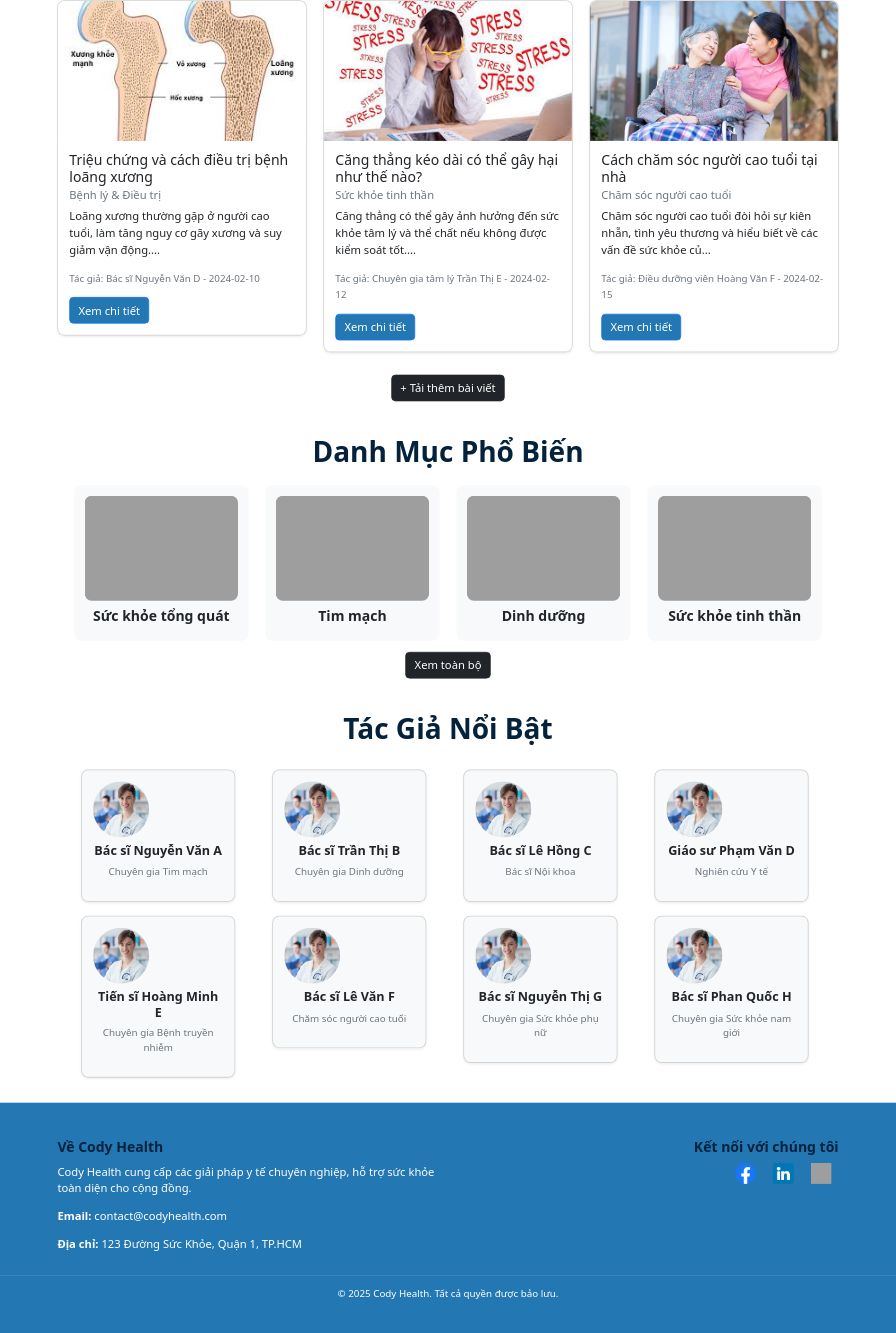
Repository: JonesKhaii/CodySocial
Page: tests/web-test/index.html
The author's editor kept a copy of each file at every save. The page is drawn from the files as they stood at one save, then again after the next save.
The browser window is 1280 px wide. The pictures show the part of the page from y = 936 to 2856 px (the page is 2840 px tall before and 2856 px after), at 70% of full size.
Pictures or frames that could not be fetched are drawn as grey boxes.

Above is the page before, as saved 2025-02-10 02:42:54.

### tests/web-test/index.html
<!DOCTYPE html>
<html lang="vi">
    <head>
        <title>Bài Viết Y Tế - Trang Chủ</title>
        <meta charset="UTF-8" />
        <meta name="author" content="Felipe E. Cassimiro" />
        <meta name="viewport" content="width=device-width, initial-scale=1.0" />
        <link
            href="https://cdn.jsdelivr.net/npm/bootstrap@5.2.3/dist/css/bootstrap.min.css"
            rel="stylesheet"
        />
        <link rel="stylesheet" href="asset/css/mystyle.css" />
        <script src="https://cdn.jsdelivr.net/npm/bootstrap@5.2.3/dist/js/bootstrap.bundle.min.js"></script>
        <script src="https://code.jquery.com/jquery-3.6.1.min.js"></script>
        <link rel="icon" href="Images/logo.png" />
    </head>

    <body>
        <header
            class="navbar navbar-expand-lg navbar-light bg-primary shadow-sm"
        >
            <div class="container">
                <!-- Logo và tên thương hiệu -->
                <div class="logo-container d-flex align-items-center">
                    <img
                        src="asset/images/logo.png"
                        alt="Logo"
                        class="logo me-2"
                        style="height: 50px; border-radius: 50px"
                    />
                    <a class="navbar-brand fs-2 text-white" href="#">
                        CodyHealth</a
                    >
                </div>

                <!-- Nút Toggle cho Mobile -->
                <button
                    class="navbar-toggler"
                    type="button"
                    data-bs-toggle="collapse"
                    data-bs-target="#navbarNav"
                >
                    <span class="navbar-toggler-icon"></span>
                </button>

                <!-- Menu chính -->
                <div class="collapse navbar-collapse" id="navbarNav">
                    <ul class="navbar-nav ms-auto">
                        <li class="nav-item">
                            <a class="nav-link text-white" href="#"
                                >Trang Chủ</a
                            >
                        </li>
                        <li class="nav-item">
                            <a class="nav-link text-white" href="#"
                                >Về chúng tôi</a
                            >
                        </li>
                        <li class="nav-item">
                            <a class="nav-link text-white" href="doctors.html"
                                >Bác Sĩ</a
                            >
                        </li>
                        <li class="nav-item">
                            <a class="nav-link text-white" href="#">Hỏi Đáp</a>
                        </li>
                        <li class="nav-item">
                            <a
                                class="nav-link text-white"
                                href="appointment.html"
                                >Lịch Khám</a
                            >
                        </li>
                        <li class="nav-item">
                            <a class="nav-link text-white" href="blog.html"
                                >Bài Viết</a
                            >
                        </li>
                        <li class="nav-item">
                            <a class="nav-link text-white" href="account.html"
                                >Hồ Sơ</a
                            >
                        </li>
                    </ul>
                </div>
            </div>
        </header>

        <div class="container-fluid mt-4">
            <div class="container">
                <!-- Banner -->
                <div class="row text-center mb-3" id="bannerRow">
                    <div class="col-md-3">
                        <img
                            src="asset/images/banners/banner1.webp"
                            class="small-banner"
                            alt="Khuyến mãi dịch vụ y tế"
                        />
                    </div>
                    <div class="col-md-3">
                        <img
                            src="asset/images/banners/banner2.webp"
                            class="small-banner"
                            alt="Tư vấn sức khỏe miễn phí"
                        />
                    </div>
                    <div class="col-md-3">
                        <img
                            src="asset/images/banners/banner3.webp"
                            class="small-banner"
                            alt="Lịch khám ưu đãi tháng này"
                        />
                    </div>
                    <div class="col-md-3">
                        <img
                            src="asset/images/banners/banner4.webp"
                            class="small-banner"
                            alt="Tầm soát bệnh lý sớm"
                        />
                    </div>
                </div>
                <!-- Thanh tìm kiếm -->
                <form class="nosubmit">
                    <div class="row">
                        <input
                            class="nosubmit form-control"
                            type="text"
                            id="Pesquisar"
                            placeholder="Tìm kiếm bài viết..."
                            autocomplete="off"
                        />
                    </div>
                </form>

                <!-- Tiêu đề và bộ lọc -->
                <div class="row mt-3">
                    <div class="col-6">
                        <h1>Bài Viết Y Tế Nổi Bật</h1>
                    </div>
                    <div class="col-6 text-end">
                        <select class="btn btn-light" id="Genero">
                            <option>Tất cả</option>
                            <option>Sức khỏe tổng quát</option>
                            <option>Tim mạch</option>
                            <option>Dinh dưỡng</option>
                            <option>Bệnh lý & Điều trị</option>
                            <option>Sức khỏe tinh thần</option>
                            <option>Chăm sóc người cao tuổi</option>
                            <option>Sức khỏe phụ nữ</option>
                            <option>Sức khỏe nam giới</option>
                        </select>
                    </div>
                </div>

                <!-- Danh sách bài viết -->
                <div class="row mt-3" id="Articles">
                    <!-- Bài viết sẽ được tải động vào đây -->
                </div>

                <!-- Nút tải thêm bài viết -->

                <div class="text-center mt-3">
                    <button
                        type="button"
                        class="btn btn-dark"
                        id="PlusArticles"
                    >
                        + Tải thêm bài viết
                    </button>
                    <button
                        type="button"
                        class="btn btn-secondary"
                        id="CollapseArticles"
                        style="display: none"
                    >
                        - Thu gọn bài viết
                    </button>
                </div>

                <!-- Danh mục phổ biến -->
                <div class="container-fluid mt-5">
                    <div class="container">
                        <h1 class="mb-4 text-center">Danh Mục Phổ Biến</h1>
                        <div class="row mp-3" id="PopularCategories">
                            <div class="col-md-3 category-item">
                                <div
                                    class="category-card"
                                    data-category="Sức khỏe tổng quát"
                                >
                                    <img
                                        src="asset/images/categories/health.jpg"
                                        alt="Sức khỏe tổng quát"
                                    />
                                    <h5>Sức khỏe tổng quát</h5>
                                </div>
                            </div>
                            <div class="col-md-3 category-item">
                                <div
                                    class="category-card"
                                    data-category="Tim mạch"
                                >
                                    <img
                                        src="asset/images/categories/heart.jpg"
                                        alt="Tim mạch"
                                    />
                                    <h5>Tim mạch</h5>
                                </div>
                            </div>
                            <div class="col-md-3 category-item">
                                <div
                                    class="category-card"
                                    data-category="Dinh dưỡng"
                                >
                                    <img
                                        src="asset/images/categories/nutrition.jpg"
                                        alt="Dinh dưỡng"
                                    />
                                    <h5>Dinh dưỡng</h5>
                                </div>
                            </div>
                            <div class="col-md-3 category-item">
                                <div
                                    class="category-card"
                                    data-category="Sức khỏe tinh thần"
                                >
                                    <img
                                        src="asset/images/categories/mental.jpg"
                                        alt="Sức khỏe tinh thần"
                                    />
                                    <h5>Sức khỏe tinh thần</h5>
                                </div>
                            </div>

                            <!-- Danh mục ẩn ban đầu -->
                            <div class="col-md-3 category-item hidden">
                                <div
                                    class="category-card"
                                    data-category="Bệnh lý & Điều trị"
                                >
                                    <img
                                        src="asset/images/categories/disease.jpg"
                                        alt="Bệnh lý & Điều trị"
                                    />
                                    <h5>Bệnh lý & Điều trị</h5>
                                </div>
                            </div>
                            <div class="col-md-3 category-item hidden">
                                <div
                                    class="category-card"
                                    data-category="Chăm sóc người cao tuổi"
                                >
                                    <img
                                        src="asset/images/categories/elderly.jpg"
                                        alt="Chăm sóc người cao tuổi"
                                    />
                                    <h5>Chăm sóc người cao tuổi</h5>
                                </div>
                            </div>
                            <div class="col-md-3 category-item hidden">
                                <div
                                    class="category-card"
                                    data-category="Sức khỏe phụ nữ"
                                >
                                    <img
                                        src="asset/images/categories/women.jpg"
                                        alt="Sức khỏe phụ nữ"
                                    />
                                    <h5>Sức khỏe phụ nữ</h5>
                                </div>
                            </div>
                            <div class="col-md-3 category-item hidden">
                                <div
                                    class="category-card"
                                    data-category="Sức khỏe nam giới"
                                >
                                    <img
                                        src="asset/images/categories/men.jpg"
                                        alt="Sức khỏe nam giới"
                                    />
                                    <h5>Sức khỏe nam giới</h5>
                                </div>
                            </div>
                        </div>

                        <!-- Nút điều khiển -->
                        <div class="text-center mt-3">
                            <button id="showAllCategories" class="btn btn-dark">
                                Xem toàn bộ
                            </button>
                            <button
                                id="hideCategories"
                                class="btn btn-secondary"
                                style="display: none"
                            >
                                Thu gọn
                            </button>
                        </div>
                    </div>
                </div>

                <div class="container-fluid mt-5">
                    <div class="container">
                        <!-- Tiêu đề -->
                        <h1 class="mb-4 text-center">Tác Giả Nổi Bật</h1>

                        <!-- Danh sách tác giả -->
                        <div class="row" id="PopularAuthors">
                            <!-- Tác giả sẽ được tải động vào đây -->
                        </div>
                    </div>
                </div>
            </div>
        </div>

        <footer class="footer text-white">
            <div class="container">
                <div class="row">
                    <!-- Giới thiệu -->
                    <div class="col-md-6">
                        <h4>Về Cody Health</h4>
                        <p>
                            Cody Health cung cấp các giải pháp y tế chuyên
                            nghiệp, hỗ trợ sức khỏe toàn diện cho cộng đồng.
                        </p>
                        <p><b>Email:</b> contact@codyhealth.com</p>
                        <p>
                            <b>Địa chỉ:</b> 123 Đường Sức Khỏe, Quận 1, TP.HCM
                        </p>
                    </div>

                    <!-- Mạng xã hội -->
                    <div class="col-md-6 text-md-end">
                        <h4>Kết nối với chúng tôi</h4>
                        <div class="social-icons">
                            <a href="#"
                                ><img
                                    src="asset/images/icon/facebook.png"
                                    alt="Facebook"
                            /></a>
                            <a href="#"
                                ><img
                                    src="asset/images/icon/linkedin.png"
                                    alt="Linkedin"
                            /></a>
                            <a href="#"
                                ><img
                                    src="asset/images/icon/instagram.png"
                                    alt="Instagram"
                            /></a>
                        </div>
                    </div>
                </div>
            </div>

            <div class="copyright text-center mt-3">
                <p>© 2025 Cody Health. Tất cả quyền được bảo lưu.</p>
            </div>
        </footer>

        <!-- Script -->
        <script src="asset/js/main.js"></script>
    </body>
</html>

Loaded but not shown: tests/web-test/asset/js/articles.json (137 lines, source omitted); tests/web-test/asset/js/authors.json (50 lines, source omitted); tests/web-test/asset/js/main.js (160 lines, source omitted); tests/web-test/asset/css/mystyle.css (410 lines, source omitted)

After the next save:
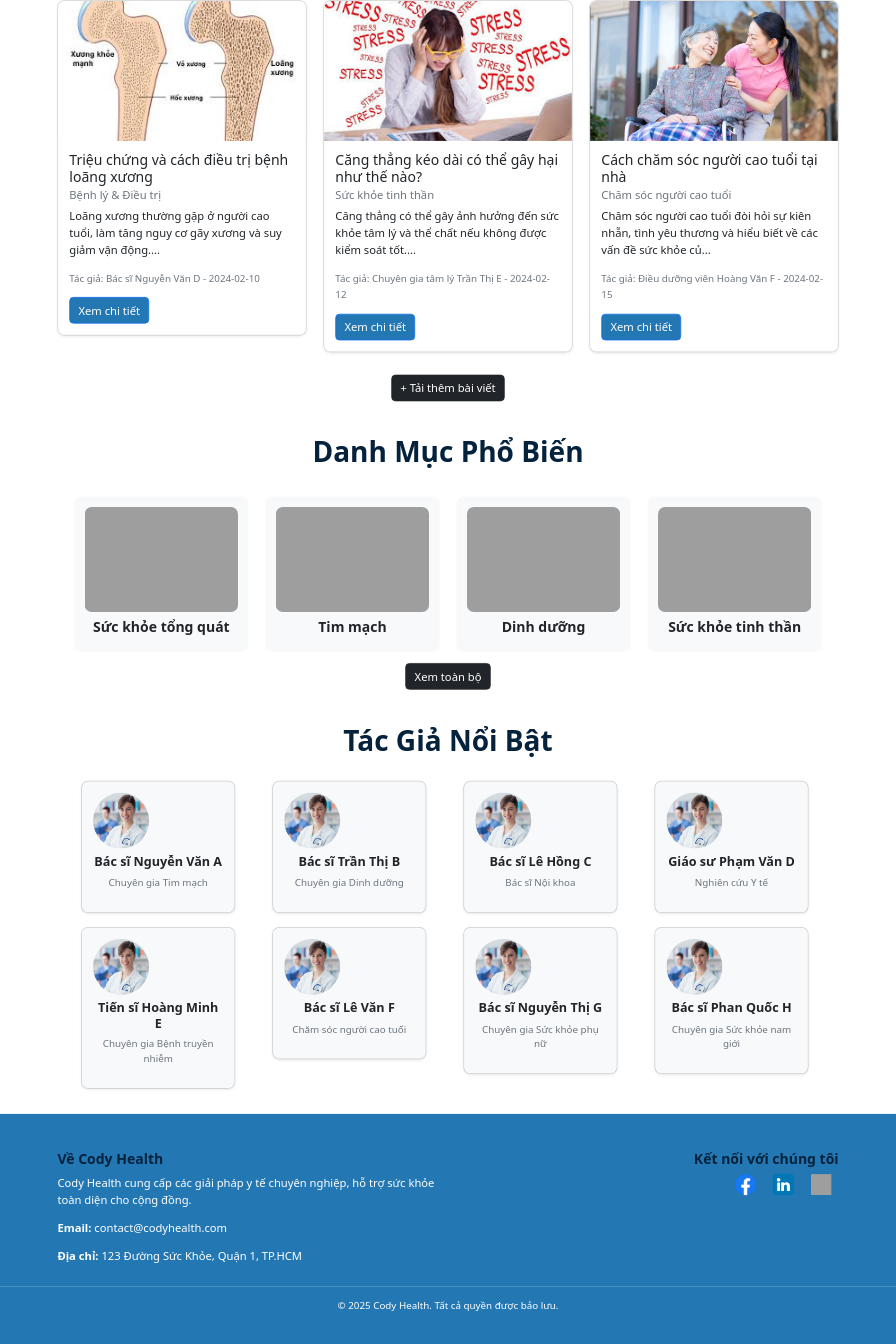
Saved 15 s later.
--- a/tests/web-test/index.html
+++ b/tests/web-test/index.html
@@ -181,7 +181,7 @@
                 <div class="container-fluid mt-5">
                     <div class="container">
                         <h1 class="mb-4 text-center">Danh Mục Phổ Biến</h1>
-                        <div class="row mp-3" id="PopularCategories">
+                        <div class="row pt-3" id="PopularCategories">
                             <div class="col-md-3 category-item">
                                 <div
                                     class="category-card"

After the save that followed:
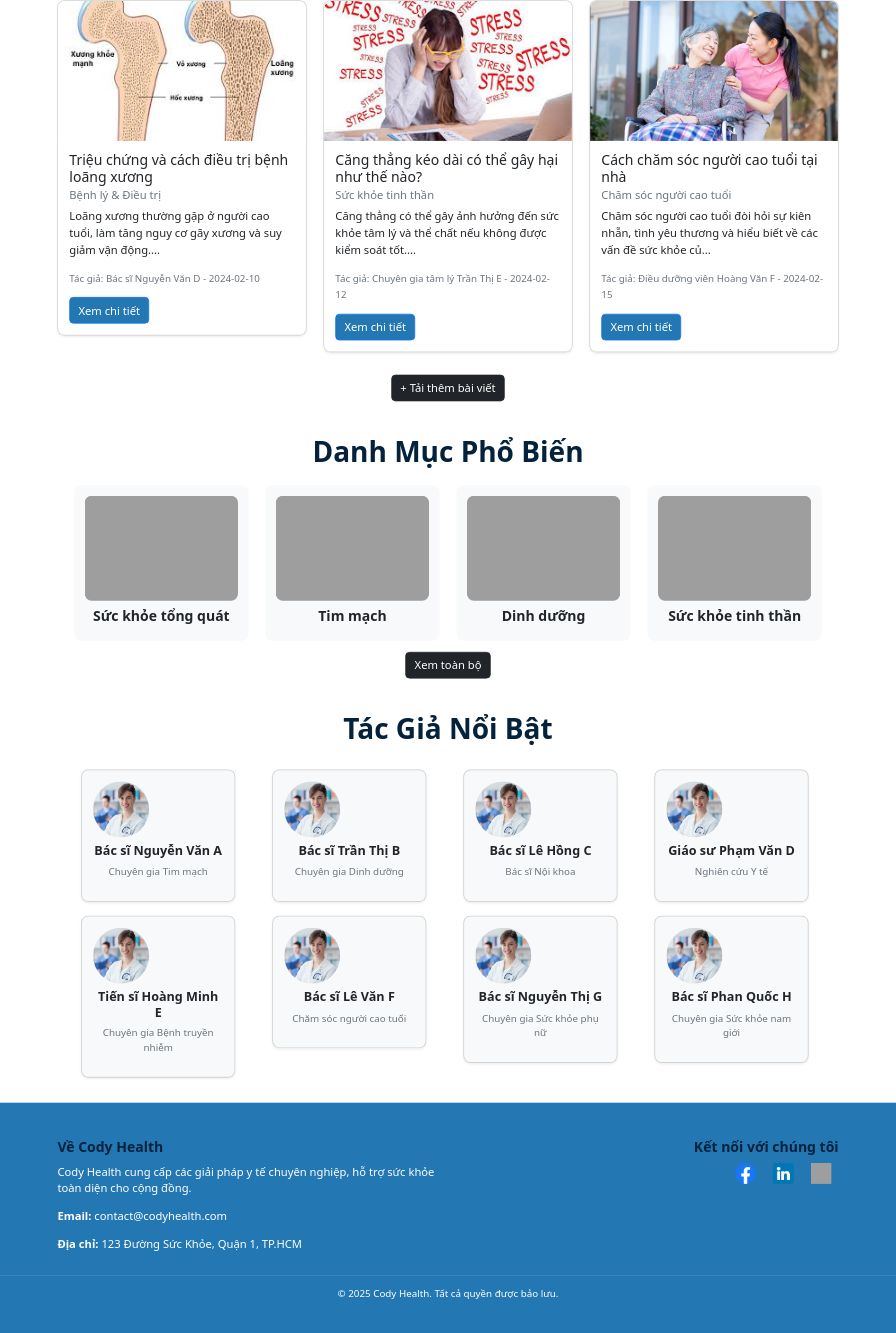
Saved 8 s later.
--- a/tests/web-test/index.html
+++ b/tests/web-test/index.html
@@ -181,7 +181,7 @@
                 <div class="container-fluid mt-5">
                     <div class="container">
                         <h1 class="mb-4 text-center">Danh Mục Phổ Biến</h1>
-                        <div class="row pt-3" id="PopularCategories">
+                        <div class="row" id="PopularCategories">
                             <div class="col-md-3 category-item">
                                 <div
                                     class="category-card"
